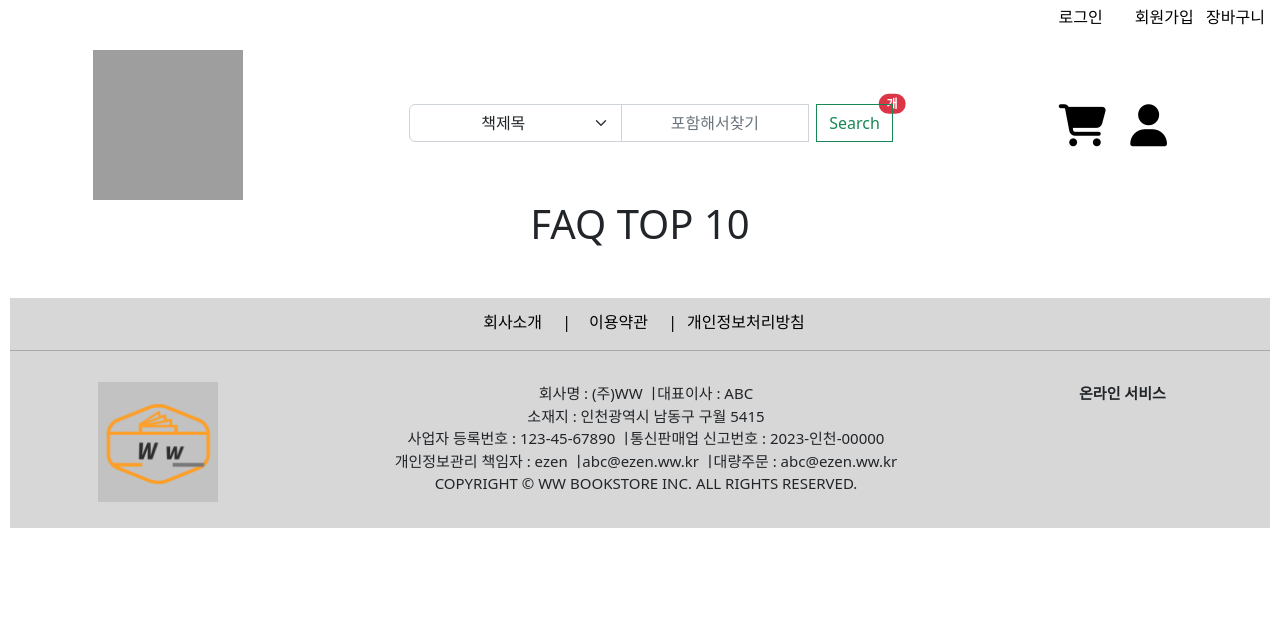
Repository: bongbongi/book1
Page: http://localhost/book/WEB-INF/views/board/boardFaq.jsp
The author's editor kept a copy of each file at every save. The page is drawn from the files as they stood at one save, then again after the next save.
The browser window is 1280 px wide. The pictures show the whole page.
Pictures or frames that could not be fetched are drawn as grey boxes. Some web libraries are served in a nearby version. The page is served by Tomcat 9. Nobody is signed in. Other server files are loaded and not shown. The template is opened directly, without the code that normally fills it, so the values that code supplies are empty.

Above is the page before, as saved 2023-01-13 07:54:06.

### book/src/main/webapp/WEB-INF/views/board/boardFaq.jsp
<%@ page language="java" contentType="text/html; charset=UTF-8" pageEncoding="UTF-8"%>
<%@ taglib uri="http://java.sun.com/jsp/jstl/core" prefix="c"%>
<!DOCTYPE html>
<html>
<head>
<meta charset="UTF-8">
<title>Insert title here</title>
<link href="https://cdn.jsdelivr.net/npm/bootstrap@5.2.3/dist/css/bootstrap.min.css" rel="stylesheet" integrity="sha384-rbsA2VBKQhggwzxH7pPCaAqO46MgnOM80zW1RWuH61DGLwZJEdK2Kadq2F9CUG65" crossorigin="anonymous">
<script src="https://cdn.jsdelivr.net/npm/bootstrap@5.2.3/dist/js/bootstrap.bundle.min.js" integrity="sha384-kenU1KFdBIe4zVF0s0G1M5b4hcpxyD9F7jL+jjXkk+Q2h455rYXK/7HAuoJl+0I4" crossorigin="anonymous"></script>
<style>
*{
	text-align: center;
}
.accordion-flush {
	margin: 50px auto;
	width: 500px;
}

</style>
</head>
<body>
	<jsp:include page="../layout/header.jsp"></jsp:include>
	<h1>FAQ TOP 10</h1>
	<div class="accordion accordion-flush" id="accordionFlushExample">
		<c:forEach items="${li }" var="faq" varStatus="i" begin="0" end="9">
			<div class="accordion-item">
				<h2 class="accordion-header" id="flush-heading${i.count }">
					<button class="accordion-button collapsed" type="button" data-bs-toggle="collapse" data-bs-target="#flush-collapse${i.count }" aria-expanded="false" aria-controls="flush-collapse${i.count }">${faq.faq_num } ${faq.faq_question }</button>
				</h2>
				<div id="flush-collapse${i.count }" class="accordion-collapse collapse" aria-labelledby="flush-heading${i.count }" data-bs-parent="#accordionFlushExample">
					<div class="accordion-body">${faq.faq_answer }</div>
				</div>
			</div>
		</c:forEach>
	</div>
	<jsp:include page="../layout/footer.jsp"></jsp:include>
</body>
</html>

### book/src/main/webapp/WEB-INF/views/layout/header.jsp
<%@ page language="java" contentType="text/html; charset=UTF-8" pageEncoding="UTF-8"%>
<%@ taglib uri="http://java.sun.com/jsp/jstl/core" prefix="c"%>
<link href="https://cdn.jsdelivr.net/npm/bootstrap@5.2.2/dist/css/bootstrap.min.css" rel="stylesheet" integrity="sha384-Zenh87qX5JnK2Jl0vWa8Ck2rdkQ2Bzep5IDxbcnCeuOxjzrPF/et3URy9Bv1WTRi" crossorigin="anonymous">
<script src="https://kit.fontawesome.com/92e616dfba.js" crossorigin="anonymous"></script>
<meta charset="UTF-8">
<!DOCTYPE html>
<html>
<head>
<style>
.header {
   margin: 0 auto;
   width: 1260px;
   height: 200px;
}

.menu {
   display: flex;
   justify-content: flex-end;
   padding: 5px;
}

.logo {
   width: 150px;
   height: 150px;
   background-color: blue;
}

.logo>a>img {
   width: 150px;
   height: 150px;
}

.searchBar {
   /* position:absolute; */
   width: 484px;
   height: 42px;
   /* background-color: gold; */
   margin-top: 54px;
   border-radius: 30px;
}

.bar {
   height: 150px;
   display: flex;
   flex-direction: row;
   flex-wrap: nowrap;
   justify-content: space-around;
   /*    align-items: baseline; */
}

.icons>a>i {
   font-size: 42px;
   color: black;
   margin-top: 54px;
   margin-right: 20px;
}
</style>
</head>
<body>
   <div class="header">
      <div class="menu">
         <c:if test="${ses.mem_id ==null}">
            <ul>
               <a href="/mem/loginPage">로그인</a>
            </ul>
            <ul>
               <a href="/mem/joinPage">회원가입</a>
            </ul>
         </c:if>
         <c:if test="${ses.mem_auth == '0' }">
            <ul>
               <a href="/mem/logOut">로그아웃</a>
            </ul>
            <ul>
               <a href="/mem/adminPage">관리인페이지</a>
            </ul>
         </c:if>
         <c:if test="${ses.mem_id !=null && ses.mem_auth !='0' }">
            <ul>
               <a href="/mem/logOut">로그아웃</a>
            </ul>
            <ul>
               <a href="/mem/mypage">마이페이지</a>
            </ul>
         </c:if>
         <%-- <ul>
            <a href="/cart/cartdetail?mem_num=${ses.mem_num}">장바구니</a>
         </ul> --%>
         <c:if test="${ses.mem_id !=null}">
         <ul>
            <a href="/cart/cartdetail?mem_num=${ses.mem_num}">장바구니</a>
         </ul>
         </c:if>
         <c:if test="${ses.mem_id == null}">
               <a href="/mem/loginPage" onclick="gologin(event)">&nbsp&nbsp&nbsp장바구니</a>
         </c:if>
      </div>
      <div class="bar">
         <div class="logo">
            <a href="/"><img src="/resources/img/logo.jpg" alt="로고"></a>
         </div>
         <div class="searchBar">
            <form action="/book/search" class="d-flex" role="search" method="get">
               <div class="input-group mb-3">
                  <!-- 값을 별도 저장 -->
                  <c:set value="${pgh.pgvo.type}" var="typed" />
                  <select class="form-select" name="type">
                     <option value="t" ${typed eq 't' ? 'selected' :'' }>책제목</option>
                     <option value="c" ${typed eq 'c' ? 'selected' :'' }>작가이름</option>
                     <option value="w" ${typed eq 'w' ? 'selected' :'' }>출판사</option>
                  </select> <input class="form-control me-2" type="text" name="keyword" placeholder="포함해서찾기"> <input type="hidden" name="pageNo" value="1"> <input type="hidden" name="qty" value="10">
                  <button class="btn btn-outline-success" type="submit">Search</button>
                  <span class="position-absolute top-0 start-100 translate-middle badge rounded-pill bg-danger"> ${pgh.totalCount}개 <span class="visually-hidden">unread messages</span>
                  </span>
               </div>
            </form>
         </div>
         <div class="icons">
            <!-- 로그인 되었을때 -->
            <c:if test="${ses.mem_id !=null}">
            <a href="/cart/cartdetail?mem_num=${ses.mem_num}">
               <i class="fa-solid fa-cart-shopping"></i>
            </a>
            </c:if>
            <!-- 로그인 안되었을때 -->
            <c:if test="${ses.mem_id == null}">
            <a href="/mem/loginPage" onclick="gologin(event)">
               <i class="fa-solid fa-cart-shopping"></i>
            </a>
            </c:if>

            <c:if test="${ses.mem_auth == '0' }">
               <a href="/mem/adminPage">
                  <i class="fa-solid fa-user"></i>
               </a>
            </c:if>
            <c:if test="${ses.mem_auth != '0' }">
               <a href="/mem/mypage">
                  <i class="fa-solid fa-user"></i>
               </a>
            </c:if>

         </div>
      </div>
   </div>

   <script type="text/javascript">
      function gologin(event) {
         alert("로그인이 필요합니다!");
      }
      </script>
</body>
</html>

### book/src/main/webapp/WEB-INF/views/layout/footer.jsp
<%@ page language="java" contentType="text/html; charset=UTF-8"
   pageEncoding="UTF-8"%>
   <%@ taglib uri="http://java.sun.com/jsp/jstl/core" prefix="c"%>
<!DOCTYPE html>
<html>
<head>
<meta charset="UTF-8">
<title>Insert title here</title>
<style>
.footer {
   width: 1260px;
   height: 230px;
   background-color: rgba(175, 175, 175, 0.5);
   margin: 0 auto;
}

.footer-logo {

   width: 120px;
   height: 120px;
   background-color: beige;
}
.footer-logo>img{
   width: 120px;
   height: 120px;
}

.address-box {
   text-align: left;
   padding: 0;
   margin: 0;
}

.address {
   padding: 15px;
   height: 150px;
   display: flex;
   font-size: 15px;
   /* align-items: baseline; */
   flex-direction: row;
   flex-wrap: nowrap;
   justify-content: space-around;
}

ul {
   list-style: none;
}

.footer, .address li {

}

.footer-top {
   text-align: center;
   padding-top: 12px;
}

.footer-top>ul {
   margin: 0;
   padding: 0;
   display: flex;
   justify-content: center;
}

.footer-top>li {
   margin: 0;
   padding: 0;
}

a {
   text-decoration-line: none;
   color: black;
}

a:visited {
   text-decoration: none;
}

a:hover {
   text-decoration: none;
}

a:focus {
   text-decoration: none;
}

a:hover, a:active {
   text-decoration: none;
}

.online-serviceBar {
   padding: 0px;
   margin-left: 20px;
   width: 120px;
   height: 120px;
}

.online-serviceBar>ul {
   margin: 0px;
   padding: 0px;
}

</style>

</head>

<body>
   <div class="footer">
      <div class="footer-top">
         <ul>
            <li><a href="/introduce">회사소개 　|　 </a></li>
            <li><a href="/tos">이용약관 　| 　</a></li>
            <li><a href="/pp">개인정보처리방침</a></li>
         </ul>
      </div>
      <hr>
      <div class="address">
         <div class="footer-logo">
            <img src="../resources/img/logo2.png" alt="로고">
         </div>
         <div class="address-box">
            <ul>
               <li>회사명 : (주)WW <span style="margin-right: -7px;">ㅣ</span>
                  대표이사 : ABC
               </li>

               <li>소재지 : 인천광역시 남동구 구월 5415</li>
               <li>사업자 등록번호 : 123-45-67890 <span style="margin-right: -7px;">ㅣ</span>
                  통신판매업 신고번호 : 2023-인천-00000
               </li>

               <li>개인정보관리 책임자 : ezen <span style="margin-right: -7px;">ㅣ</span>
                  abc@ezen.ww.kr <span style="margin-right: -7px;">ㅣ</span> 대량주문 :
                  abc@ezen.ww.kr
               </li>

               <li>COPYRIGHT © WW BOOKSTORE INC. ALL RIGHTS RESERVED.</li>

            </ul>

         </div>
         <div class="online-serviceBar">
            <strong>온라인 서비스</strong>
            <c:if test="${ses.mem_auth eq 1}">
            <ul>
               <li><a href="/mem/mypage">마이페이지</a></li>
               <li><a href="/ntc/noticeOnly">공지사항</a></li>
               <li><a href="/board/list">1대1문의</a></li>
               <li><a href="/faq/faqListOnly">FAQ</a></li>
            </ul>
            </c:if>
            <c:if test="${ses.mem_auth eq 0}">
            <ul>
               <li><a href="/" onclick="gologin(event)">마이페이지</a></li>
               <li><a href="/ntc/noticeOnly">공지사항</a></li>
               <li><a href="/" onclick="gologin(event)">1대1문의</a></li>
               <li><a href="/faq/faqListOnly">FAQ</a></li>
            </ul>

            </c:if>
         </div>
      </div>
   </div>

   <script type="text/javascript">

   function gologin(event) {
      alert("일반회원 영역입니다")
   }



   </script>

</body>
</html>

After the next save:
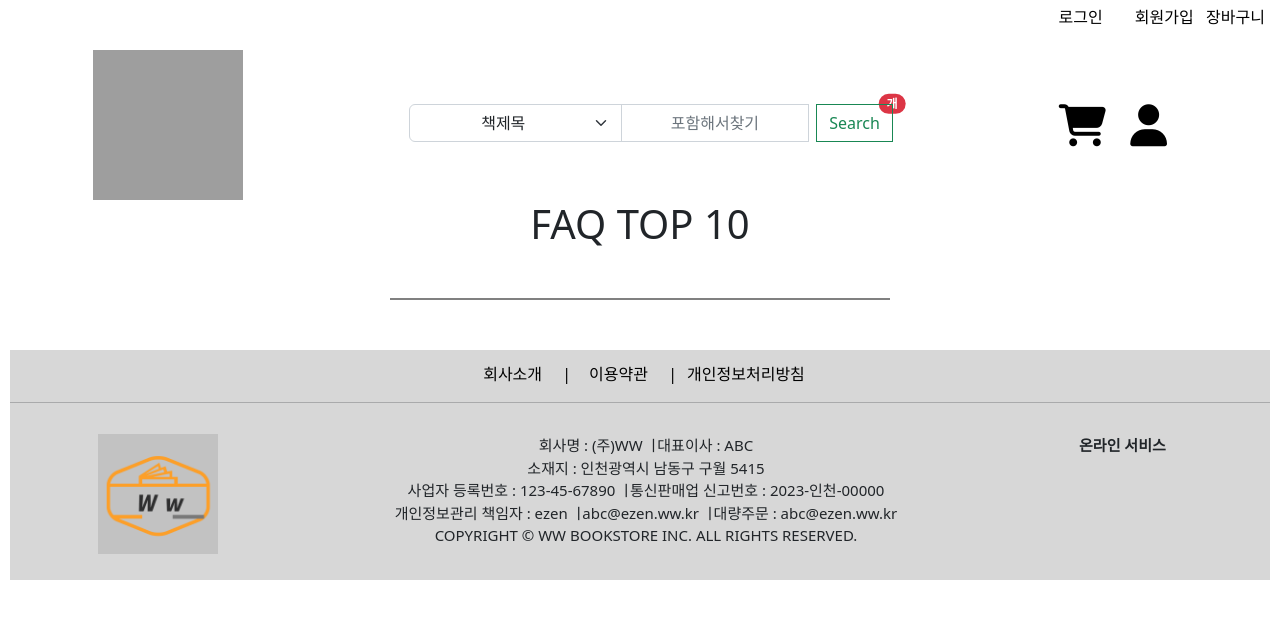
Saved 15 s later.
--- a/book/src/main/webapp/WEB-INF/views/board/boardFaq.jsp
+++ b/book/src/main/webapp/WEB-INF/views/board/boardFaq.jsp
@@ -14,6 +14,7 @@
 .accordion-flush {
 	margin: 50px auto;
 	width: 500px;
+	border:1px solid gray;
 }
 
 </style>

After the save that followed:
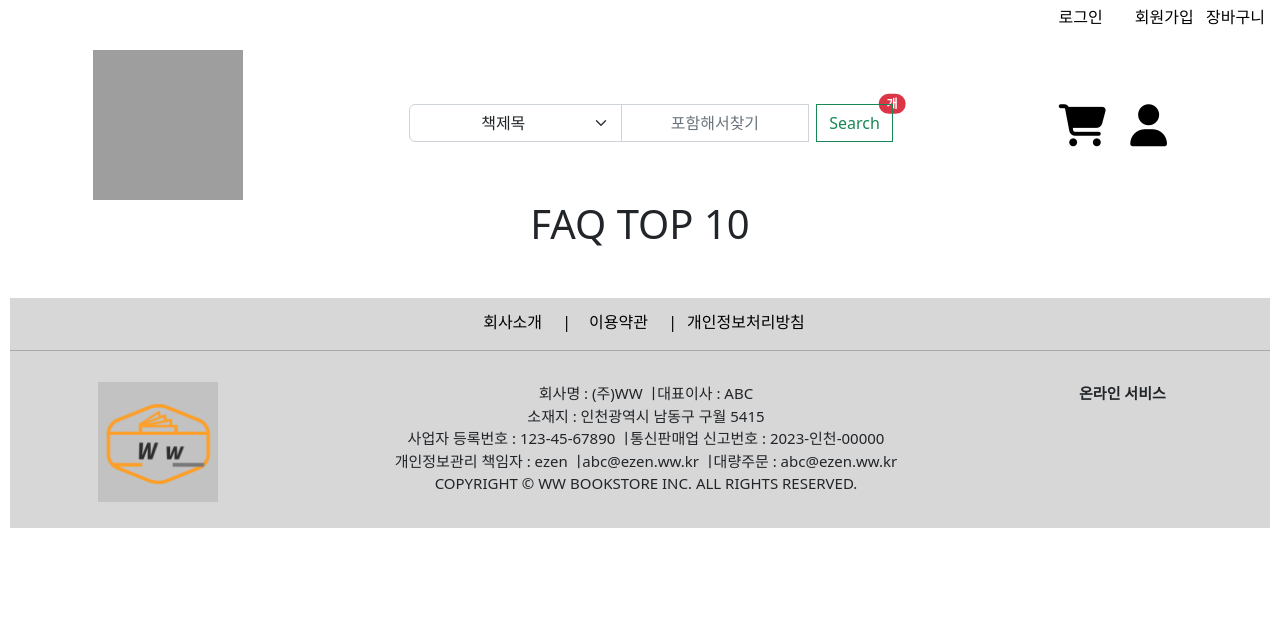
Saved 18 s later.
--- a/book/src/main/webapp/WEB-INF/views/board/boardFaq.jsp
+++ b/book/src/main/webapp/WEB-INF/views/board/boardFaq.jsp
@@ -14,7 +14,7 @@
 .accordion-flush {
 	margin: 50px auto;
 	width: 500px;
-	border:1px solid gray;
+
 }
 
 </style>
